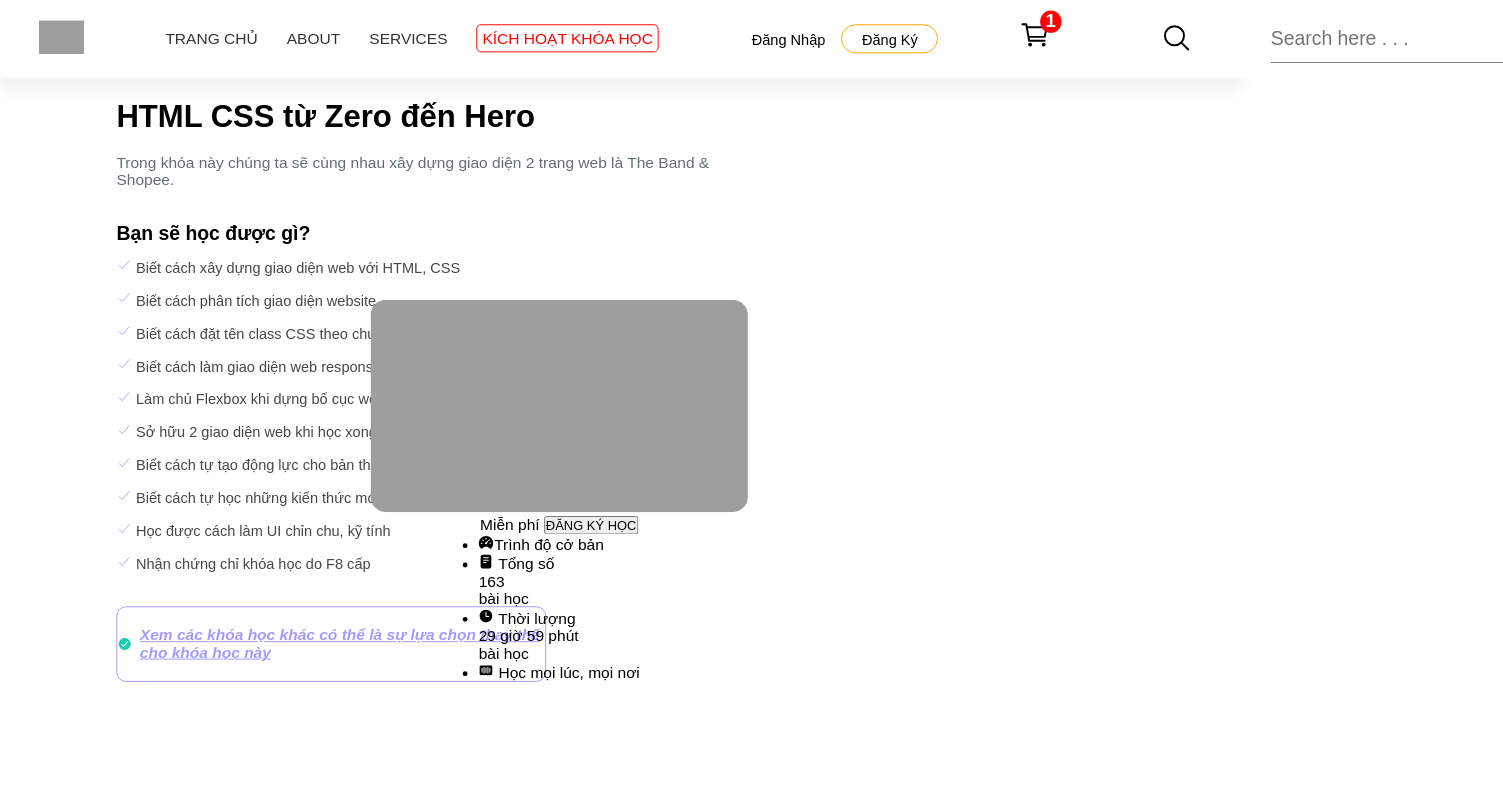
Repository: hoanghuuphuc/hoanghuuphuc
Page: details.html
These files come from the project's save history. The page is drawn as it stood at one moment and after the next save; the edit follows.
The browser window is 1280 px wide. The page is 1280 px wide, then 1549 px, so the pictures cover 1549 px, including what lies to the right of the window. The pictures show the whole page, at 97% of full size.
Pictures or frames that could not be fetched are drawn as grey boxes.

Above is the page before, as saved 2022-12-11 22:16:04.
Console error: TypeError: Cannot read properties of null (reading 'addEventListener')

After the next save:
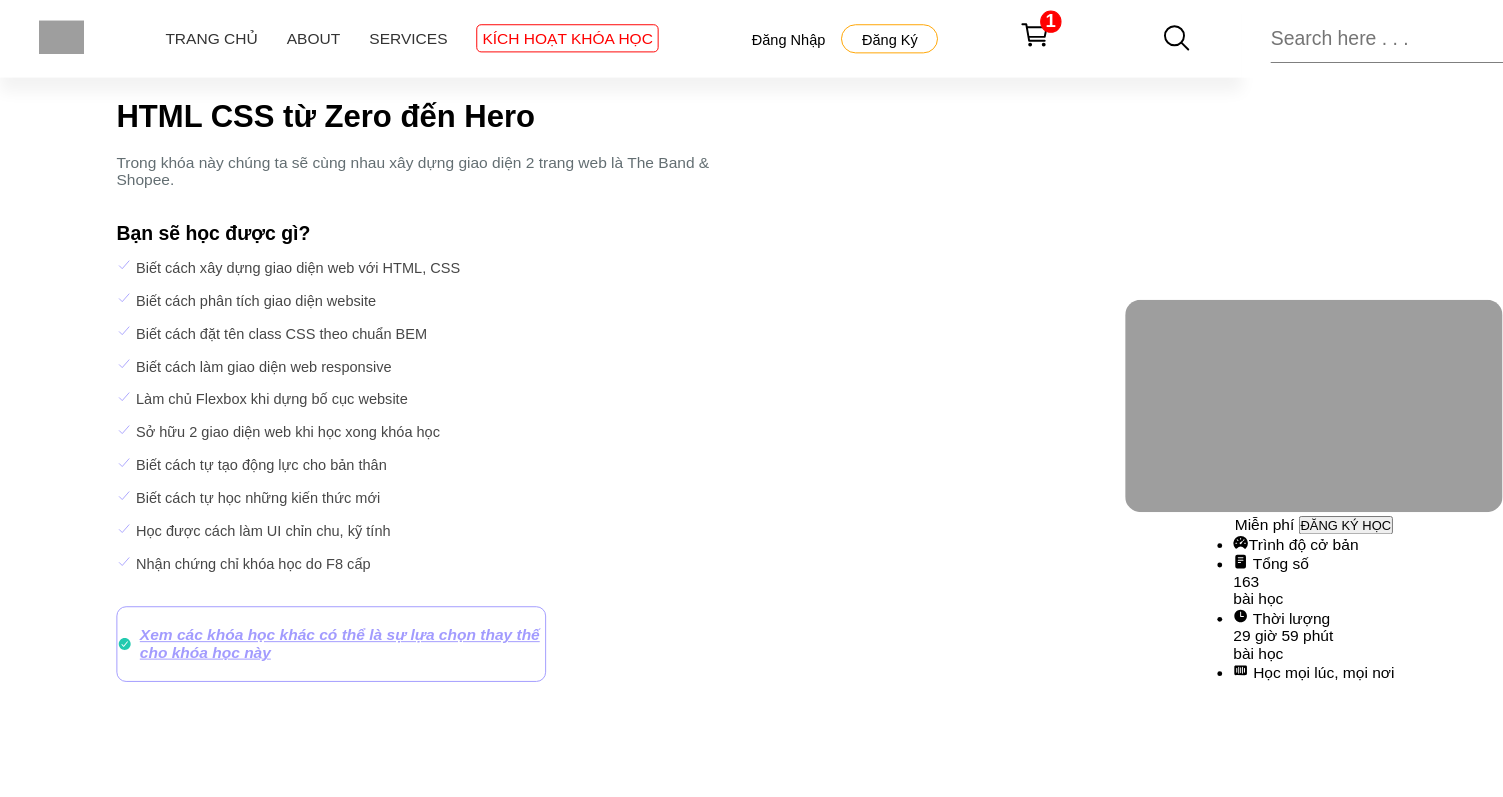
Saved 4 s later.
--- a/style.css
+++ b/style.css
@@ -749,7 +749,7 @@ footer {
   flex-direction: column;
   align-items: center;
   justify-content: flex-end;
-  transform: translateX(-100%);
+  transform: translateX(100%);
   float: right;
 }
 .details-right-video iframe {
